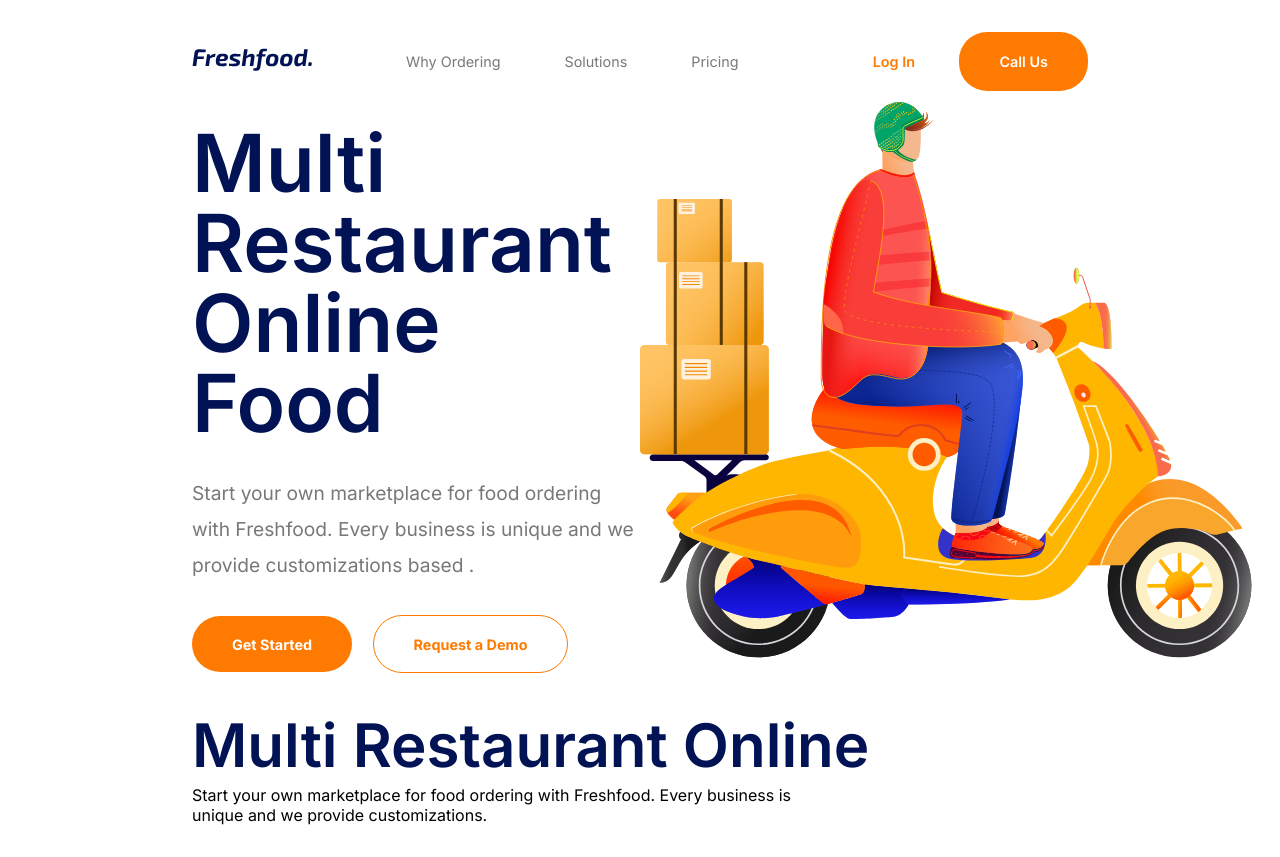
Repository: badhon252/FreshFood
Page: index.html
The author's editor kept a copy of each file at every save. The page is drawn from the files as they stood at one save, then again after the next save.
The browser window is 1280 px wide. The pictures show the whole page.
The style sheet was rebuilt from its Sass, Less or Tailwind sources for each picture, by a compiler version that may differ from the author's.

Above is the page before, as saved 2022-09-06 00:38:12.

### index.html
<!DOCTYPE html>
<html lang="en">

<head>
    <meta charset="UTF-8">
    <meta http-equiv="X-UA-Compatible" content="IE=edge">
    <meta name="viewport" content="width=device-width, initial-scale=1.0">
    <link rel="stylesheet" href="./scss/style.css">
    <title>Document</title>
</head>

<body>
    <header class="container">
        <nav class="navbar">
            <div class="navbar-brand">
                <img src="./images/Freshfood.svg" alt="">
            </div>
            <ul class="navs">
                <li class="nav-item"><a href="" class="nav-link">Why Ordering</a></li>
                <li class="nav-item"><a href="" class="nav-link">Solutions</a></li>
                <li class="nav-item"><a href="" class="nav-link">Pricing</a></li>
            </ul>
            <div class="logs">
                <button class="btn">Log In</button>
                <button class="btn call">Call Us</button>
            </div>
        </nav>

        <div class="header-content">
            <div class="row">
                <div class="col-md-6">
                    <h1>Multi Restaurant <br> Online Food</h1>
                    <p>Start your own marketplace for food ordering <br> with Freshfood. Every business is unique and we
                        <br>
                        provide customizations
                        based .
                    </p>
                    <button class="btn start-btn">Get Started</button>
                    <button class="btn demo-btn">Request a Demo</button>
                </div>
                <div class="col-md-6"><img src="./images/Group 5402.svg" alt=""></div>
            </div>
        </div>

    </header>

    <section class="second-section container">
        <h1>Multi Restaurant Online</h1>
        <p>Start your own marketplace for food ordering with Freshfood. Every business is <br> unique and we provide
            customizations.</p>
    </section>
</body>

</html>

### scss/style.scss
@import url("https://fonts.googleapis.com/css2?family=Inter:wght@400;600;700;800;900&display=swap");
* {
  margin: 0%;
  padding: 0%;
  box-sizing: border-box;
  font-family: "Inter", sans-serif;
}

.container {
  margin: 2rem 12rem;
}
.btn {
  outline: none;
  border: none;
  padding: 1.2rem 2.5rem;
  background-color: transparent;
}

.row {
  display: flex;
  justify-content: space-between;
  align-items: center;
  max-width: 100%;
  .col-md-6 {
    max-width: 50%;
  }
}

h1 {
  font-weight: 600;
  font-size: 60px;
  line-height: 80px;
  /* or 133% */

  color: #011255;
}
//=====
//=====
//=====
.navbar {
  display: flex;
  justify-content: space-between;
  align-items: center;
  ul {
    display: flex;
    li {
      margin: 1rem 2rem;
      list-style-type: none;
      .nav-link {
        text-decoration: none;
        color: black;
        font-weight: 500;
        font-size: 0.9rem;
        line-height: 21px;
        /* identical to box height */

        text-align: center;

        color: #787878;
      }
    }
  }

  .btn {
    font-weight: 500;
    font-size: 0.9rem;
    line-height: 21px;
    /* identical to box height */
    font-weight: 600;
    color: #ff7a00;
  }
  .call {
    background: #ff7a00;
    border-radius: 28px;
    color: #fff;
  }
}

.header-content {
  h1 {
    font-size: 5rem;
    margin: 2rem 0;
  }
  p {
    font-size: 1.2rem;
    margin: 2rem 0;
    line-height: 36px;
    color: #787878;
    font-weight: 500;
  }
  .btn {
    background: #ff7a00;
    border-radius: 60px;
    font-size: 0.9rem;
    font-weight: 700;
  }
  .start-btn {
    color: #fff;
    margin-right: 1rem;
  }
  .demo-btn {
    background-color: #ffffff;
    border: 1px solid #ff7a00;
    color: #ff7a00;
  }
}

After the next save:
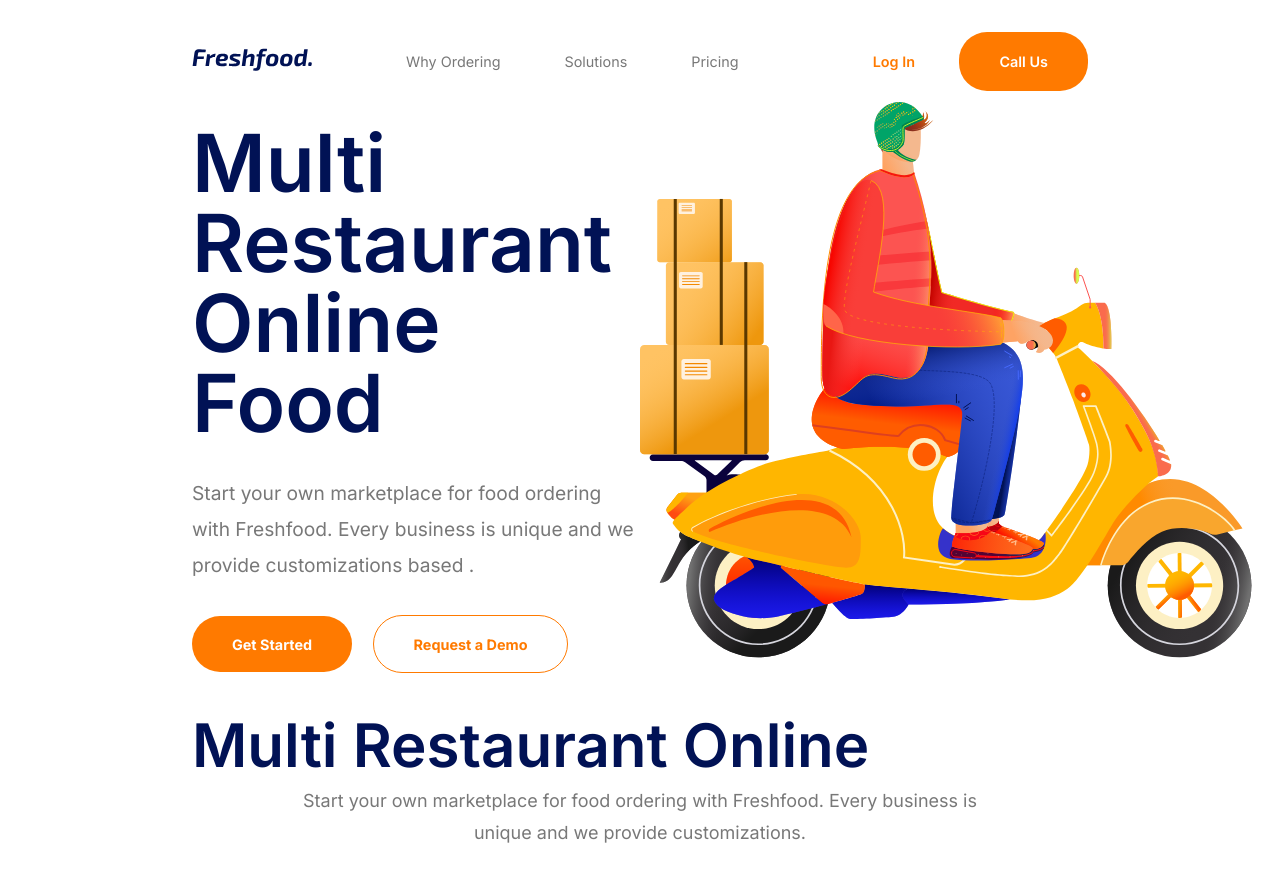
Saved 2 min 37 s later.
--- a/scss/style.scss
+++ b/scss/style.scss
@@ -104,3 +104,15 @@
     color: #ff7a00;
   }
 }
+
+.second-section {
+  p {
+    font-size: 18px;
+    line-height: 32px;
+    /* or 178% */
+
+    text-align: center;
+
+    color: #787878;
+  }
+}
